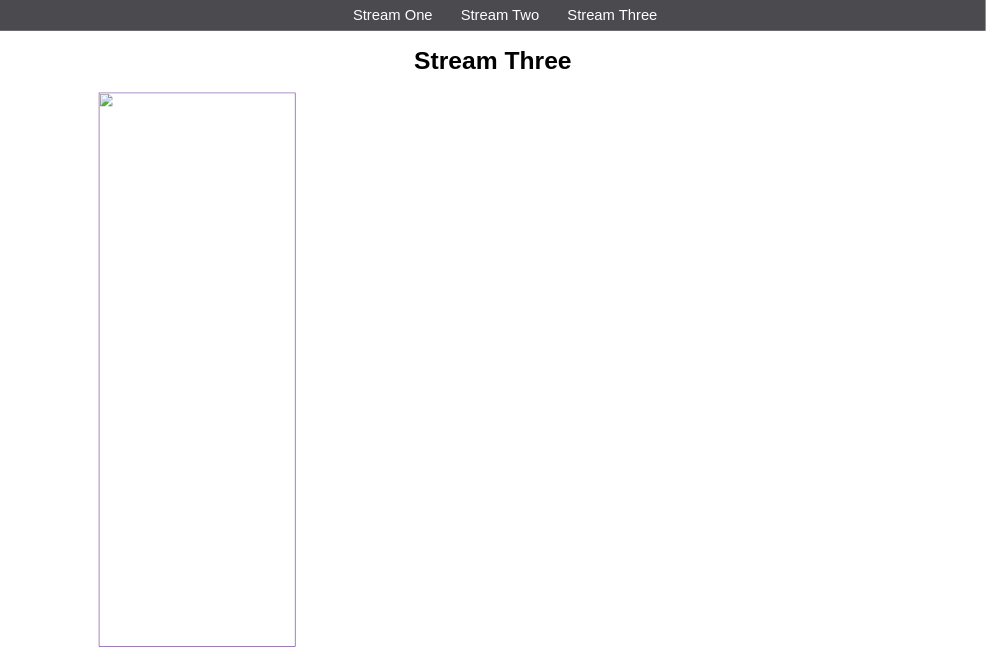
Repository: GeorgiosSklav/My-first-website
Page: stream-three.html
The author's editor kept a record of every edit. The page is drawn from the files as they stood at one moment, then again after the next edit.
The browser window is 1280 px wide. The pictures show the whole page, at 77% of full size.

Above is the page before.

After the next edit:
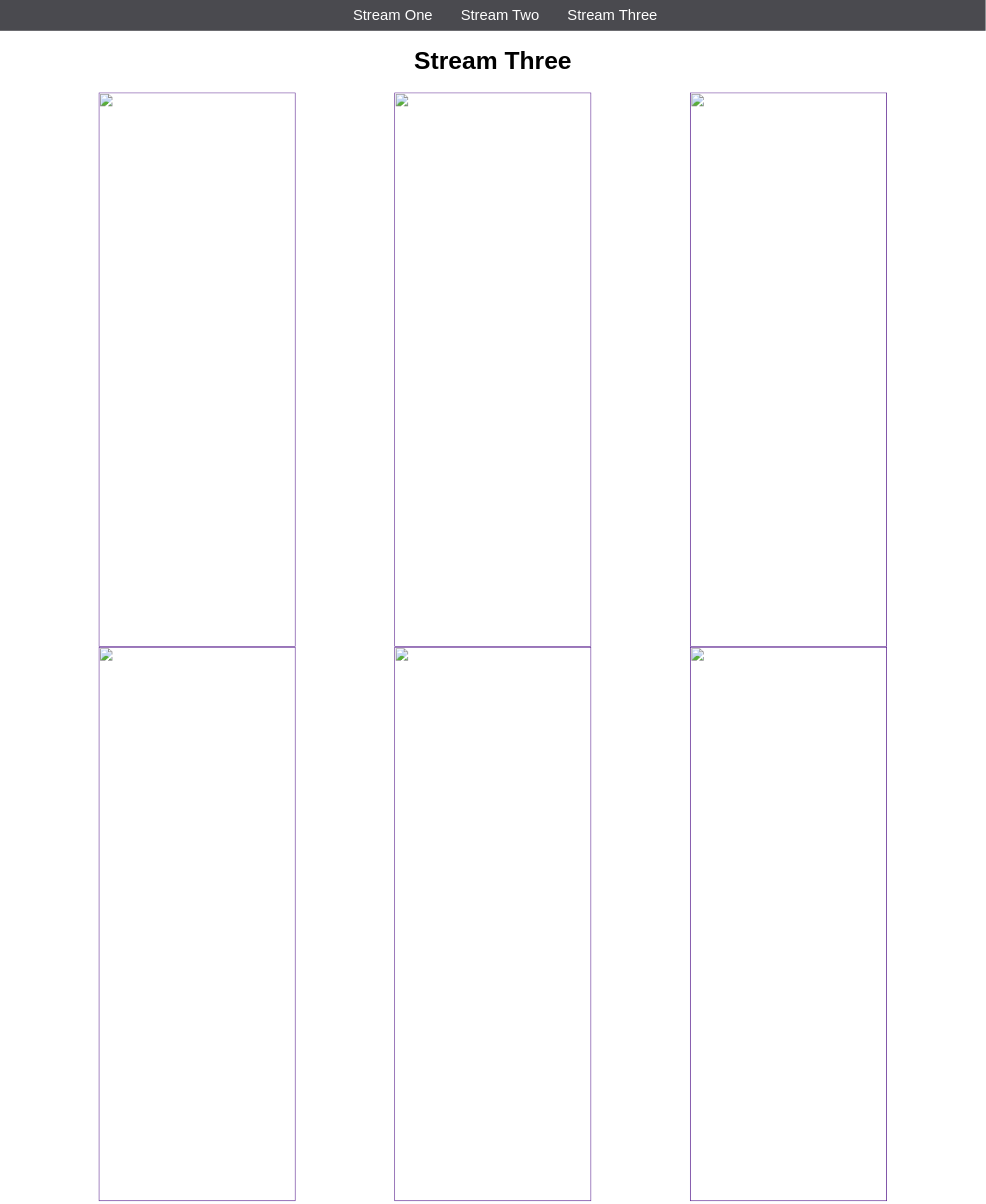
The edit:
--- a/stream-three.html
+++ b/stream-three.html
@@ -19,5 +19,30 @@
              <img src=""/>
           </a>
        </div>
+       <div class="card">
+          <a href="">
+             <img src=""/>
+          </a>
+       </div>
+       <div class="card">
+          <a href="">
+             <img src=""/>
+          </a>
+       </div>
+       <div class="card">
+          <a href="">
+             <img src=""/>
+          </a>
+       </div>
+       <div class="card">
+          <a href="">
+             <img src=""/>
+          </a>
+       </div>
+       <div class="card">
+          <a href="">
+             <img src=""/>
+          </a>
+       </div>
    </body>
 </html>
